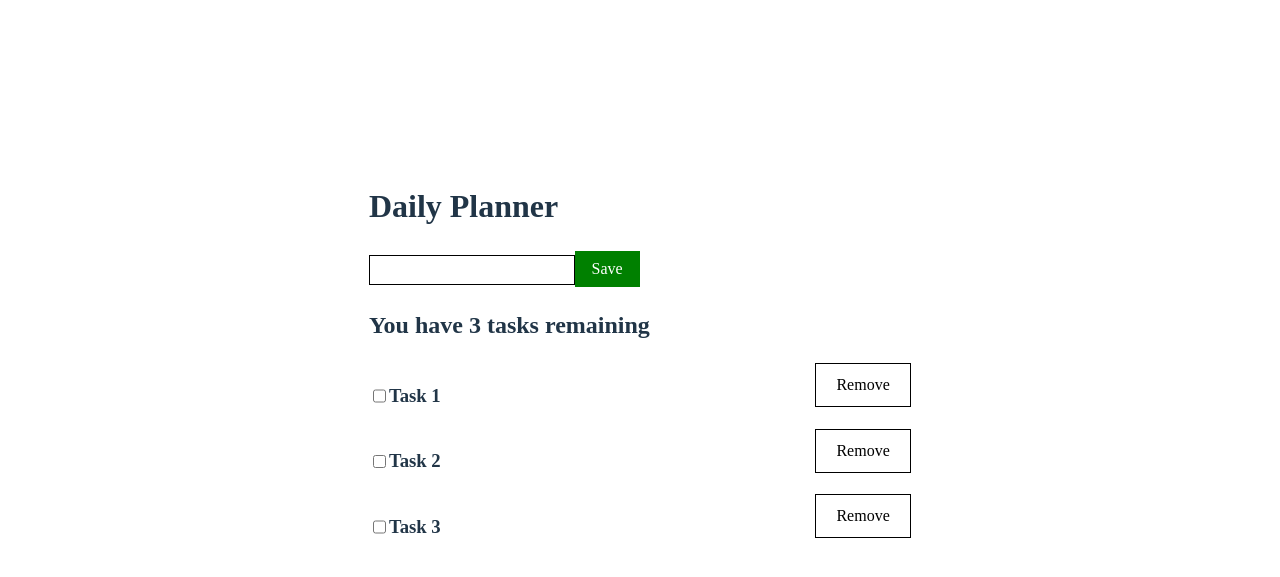
Repository: SamanthaYan298/my_planner
Page: /
The author's editor kept a copy of each file at every save. The page is drawn from the files as they stood at one save, then again after the next save.
The browser window is 1280 px wide. The pictures show the whole page.
The project was rebuilt for these pictures with package versions that can differ from the ones it lists, and the page was loaded fresh each time. Also part of the build but not shown: vite.config.js.

Above is the page before, as saved 2024-10-07 17:13:52.

### src/App.jsx
import { useState } from 'react'
import './App.css'

function App() {

  return (
    <>
      <div className='main'>
        <h1>Daily Planner</h1>
        <form>
          <input
            type="text"
            className='form-input'
          />
          <button className='form-btn'>Save</button>
        </form>
        <h2>You have 3 tasks remaining</h2>
        <div>
          <div className='task-list'>
            <input type="checkbox" />
            <h3>Task 1</h3>
            <button className='task-btn'>Remove</button>
          </div>

          <div className='task-list'>
            <input type="checkbox" />
            <h3>Task 2</h3>
            <button className='task-btn'>Remove</button>
          </div>

          <div className='task-list'>
            <input type="checkbox" />
            <h3>Task 3</h3>
            <button className='task-btn'>Remove</button>
          </div>
        </div>
      </div>
    </>
  )
}

export default App

### src/index.css
:root {
  font-family: Inter, system-ui, Avenir, Helvetica, Arial, sans-serif;
  line-height: 1.5;
  font-weight: 400;

  color-scheme: light dark;
  color: rgba(255, 255, 255, 0.87);
  background-color: #242424;

  font-synthesis: none;
  text-rendering: optimizeLegibility;
  -webkit-font-smoothing: antialiased;
  -moz-osx-font-smoothing: grayscale;
}

a {
  font-weight: 500;
  color: #646cff;
  text-decoration: inherit;
}
a:hover {
  color: #535bf2;
}

body {
  margin: 0;
  display: flex;
  place-items: center;
  min-width: 320px;
  min-height: 100vh;
}

/* h1 {
  font-size: 3.2em;
  line-height: 1.1;
} */

/* button {
  border-radius: 8px;
  border: 1px solid transparent;
  padding: 0.6em 1.2em;
  font-size: 1em;
  font-weight: 500;
  font-family: inherit;
  background-color: #1a1a1a;
  cursor: pointer;
  transition: border-color 0.25s;
}
button:hover {
  border-color: #646cff;
}
button:focus,
button:focus-visible {
  outline: 4px auto -webkit-focus-ring-color;
} */

@media (prefers-color-scheme: light) {
  :root {
    color: #213547;
    background-color: #ffffff;
  }
  a:hover {
    color: #747bff;
  }
  button {
    background-color: #f9f9f9;
  }
}

### src/App.css
#root {
  max-width: 1280px;
  margin: 0 auto;
  padding: 2rem;
  font-family: "Playfair Display", serif;
}

.main {
  text-align: left;
}

.task-list {
  display: flex;
  flex-direction: row;
}

.form-btn {
  background-color: green;
  border: 1px solid green;
  color: white;
  padding: 0.5em 1em;
  font-family: "Playfair Display", serif;
  font-size: 1em;
}

.task-btn {
  padding: 0.5em 1em;
  border: 1px solid;
  background-color: white;
  width: 6em;
  height: 2.75em;
  font-family: "Playfair Display", serif;
  font-size: 1em;
}

.form-input {
  padding: 0.5em 1em;
  border: 1px solid;
}

div h3 {
  padding-right: 20em;
}

Loaded but not shown: index.html (common file); src/main.jsx (common file)

After the next save:
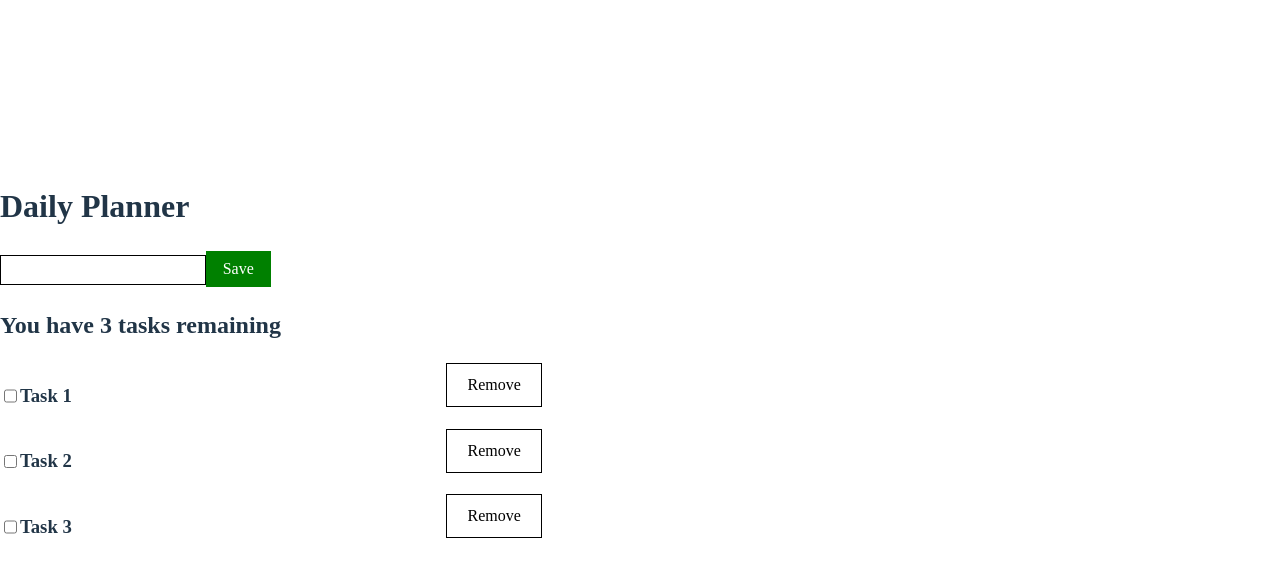
Saved 14 s later.
--- a/src/App.css
+++ b/src/App.css
@@ -1,7 +1,4 @@
 #root {
-  max-width: 1280px;
-  margin: 0 auto;
-  padding: 2rem;
   font-family: "Playfair Display", serif;
 }
 

After the save that followed:
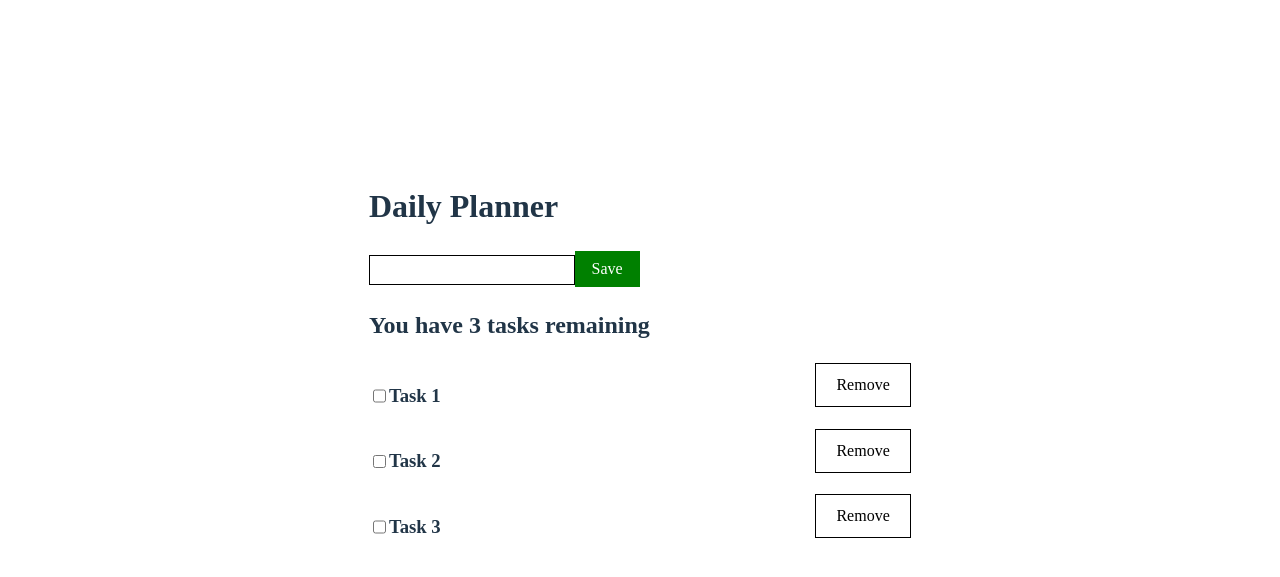
Saved 4 s later.
--- a/src/App.css
+++ b/src/App.css
@@ -1,4 +1,7 @@
 #root {
+  max-width: 1280px;
+  margin: 0 auto;
+  padding: 2rem;
   font-family: "Playfair Display", serif;
 }
 
